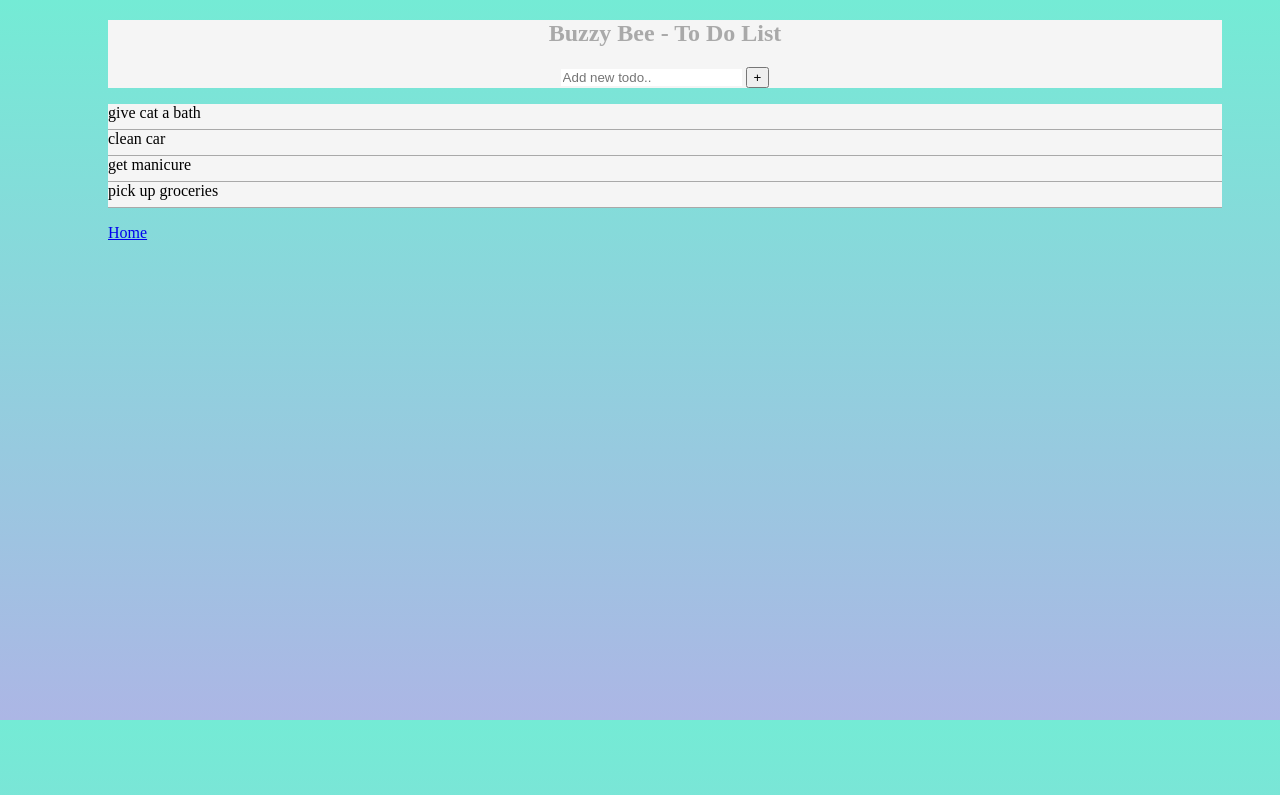
Repository: seleniadelgado/backend-spring2020-angie
Page: projects/todo/public_html/index.html
An editor plug-in stored every save of this project. The page is shown before and after the next save, followed by the edit.
The browser window is 1280 px wide. The pictures show the whole page.
The page's requests for data from a server got no answer.

Above is the page before, as saved 2020-05-12 16:17:15.

### projects/todo/public_html/index.html
<!DOCTYPE html>

<html lang="en">
    <head>
        <meta charset="utf-8">
        <title>Buzzy Bee - To Do List</title>
        <meta name="description" content="The HTML5 Herald">
        <meta name="author" content="SitePoint">
        <link rel="stylesheet" href="styles.css">
        <script
            src="https://code.jquery.com/jquery-3.5.0.min.js"
            integrity="sha256-xNzN2a4ltkB44Mc/Jz3pT4iU1cmeR0FkXs4pru/JxaQ="
            crossorigin="anonymous">
        </script>
</head>
<body>
    <div class="sectionTitle">
        <div class="appTitle">
            <h2>Buzzy Bee - To Do List</h2>
        </div>
        <div id="addNote">
            <input type="text" id="newNote" placeholder="Add new todo..">
            <button class="addBtn">+</button>
        </div>
    </div>

    <ul id="myList">
        <li>give cat a bath</li>
        <li>clean car</li>
        <li>get manicure</li>
        <li>pick up groceries</li>
    </ul>





















    <a href="http://localhost:3000/">Home</a>



    <script>
        $(document).ready(() => {
            let objectToSend = {
                note: "Do somethings",
                author: "Nick"
            }

            $.post("http://localhost:3000/newNote", objectToSend, (dataToGet) => {
                console.log(dataToGet);
            });
            $.post("http://localhost:3000/readNotes", {}, (dataToGet) => {
                let allNotesArray = dataToGet.notes;

                console.log(allNotesArray);
            })
        })

        //import the data from default user
        // make JSON into JS with parse.
        //with the list we want to populate our ul.
        //use jquery to access the dom, grab the string
        //loop over notes
        //add the note as an li to the ul
        //  Create li with jquery.
        //  target the ul with jquery and append the li.
        //note: $('<li></li>'')
        //      $('ul') -> a jquery list which holds the ul.
        //      get 1st element from the array

    </script>
</body>
</html>

### projects/todo/public_html/styles.css
html {
    background: linear-gradient(#74ebd5, #ACB6E5);
    height: 100%;
    margin: 0px 50px 75px 100px;
}


.sectionTitle {
    background-color: whitesmoke;
    text-align: center;
}

.appTitle {
    color: darkgray;
}
#addNote #newNote {
    border: none;
}
#myList {
    list-style: none;
    padding: 0;

}
#myList li {
    height: 25px;
    border-bottom: 1px solid darkgray;
    background-color: whitesmoke;
}

After the next save:
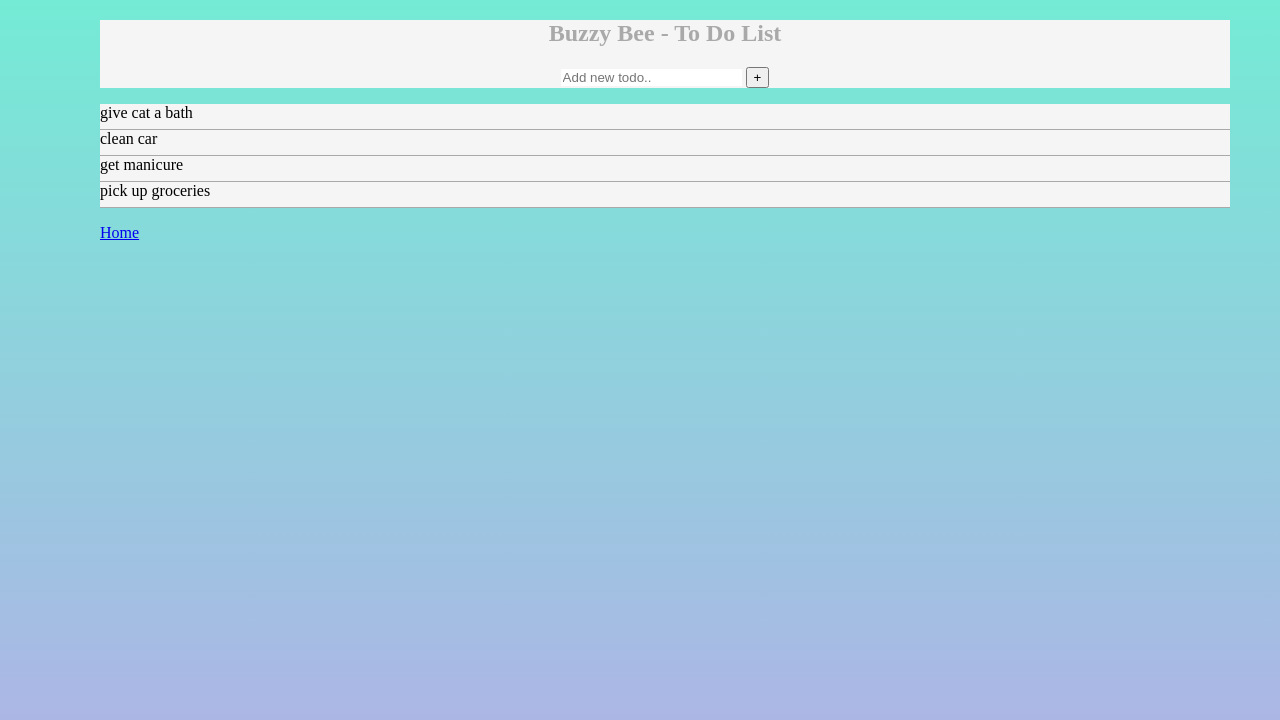
Saved 28 s later.
--- a/projects/todo/public_html/styles.css
+++ b/projects/todo/public_html/styles.css
@@ -1,9 +1,11 @@
 html {
     background: linear-gradient(#74ebd5, #ACB6E5);
     height: 100%;
+
+}
+body {
     margin: 0px 50px 75px 100px;
 }
-
 
 .sectionTitle {
     background-color: whitesmoke;
